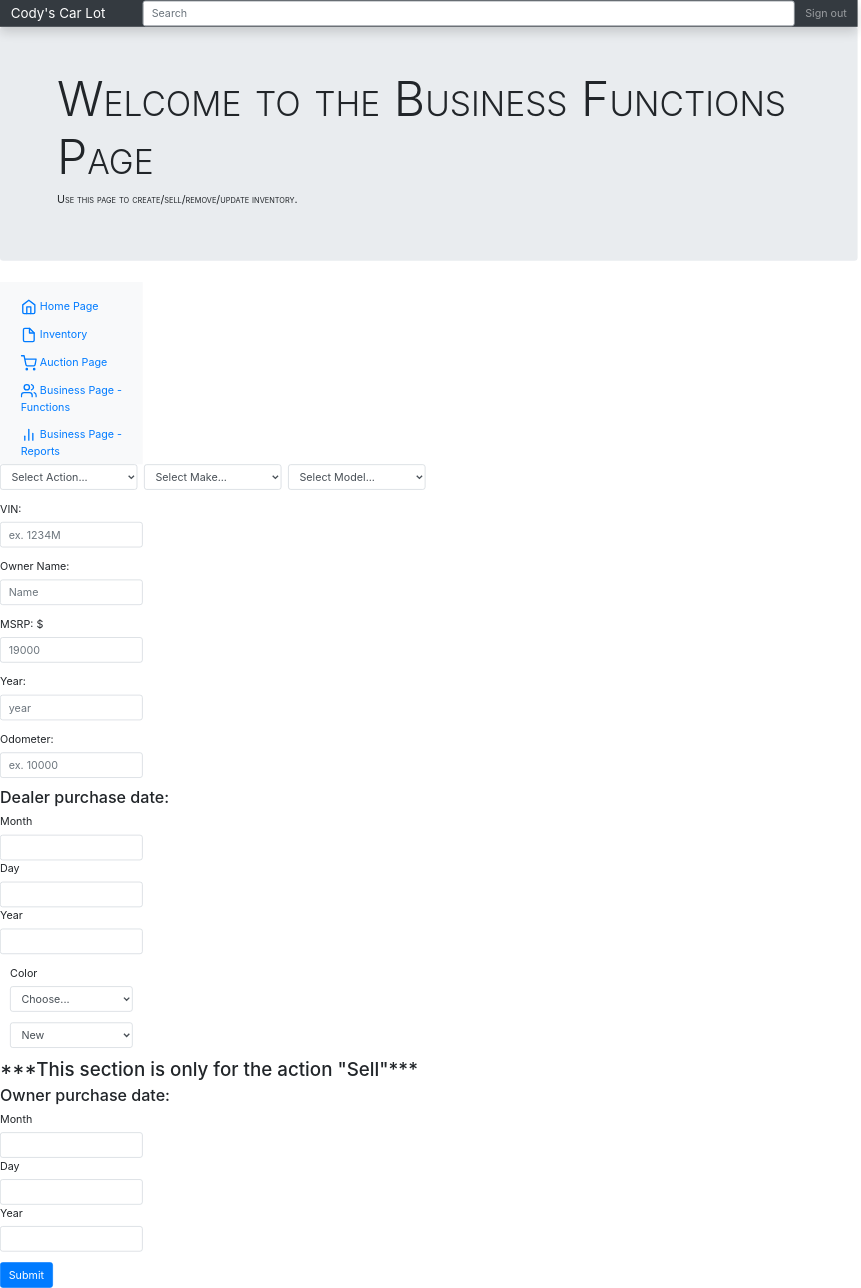
Repository: CodyHogge/CarDealershipProject
Page: http://localhost/CarDealershipProject/booted_functions.jsp
These files come from the project's save history. The page is drawn as it stood at one moment and after the next save; the edit follows.
The browser window is 1280 px wide. The page is 1285 px wide, so the pictures cover 1285 px, including what lies to the right of the window. The pictures show the whole page, at 67% of full size.
The page is served by Tomcat 9.

Above is the page before, as saved 2020-09-16 17:20:08.

After the next save:
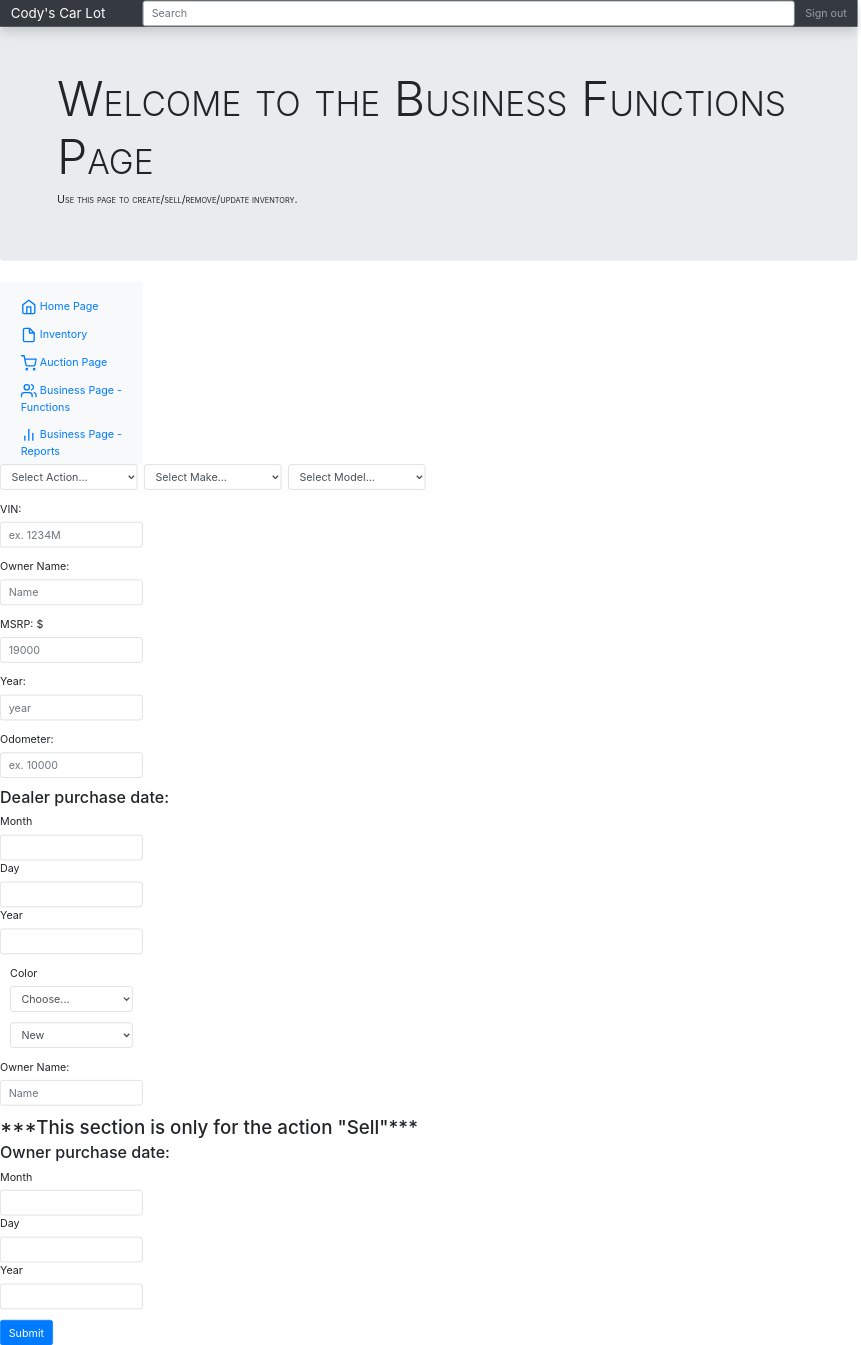
Saved 34 s later.
--- a/CarDealershipProject/WebContent/booted_functions.jsp
+++ b/CarDealershipProject/WebContent/booted_functions.jsp
@@ -147,7 +147,10 @@
 				<option value="used">Used</option>
 			</select>
 		</div>
-
+		<div class="form-group">
+			<label for="ownerName">Owner Name: </label>
+			<input type="text" class="form-control col-md-2" name="buyerName" id="buyerName" placeholder="Name">
+		</div>
 
 		<h3>***This section is only for the action "Sell"***</h3>
 		<div class="form-group">
